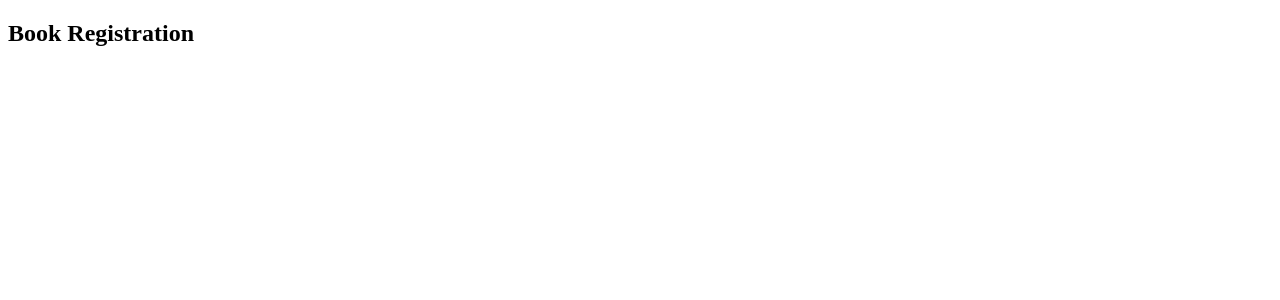
Repository: meriam0000/servlet
Page: BookWebApp/src/main/webapp/Home.html
An editor plug-in stored every save of this project. The page is shown before and after the next save, followed by the edit.
The browser window is 1280 px wide. The pictures show the whole page.

Above is the page before, as saved 2024-02-12 20:16:02.

### BookWebApp/src/main/webapp/Home.html
<!DOCTYPE html>
<html>
<head>
<meta charset="UTF-8">
<title>Insert title here</title>
</head>
<body>
<h2>Book Registration</h2>
<!--  <form action="register" method="post">
<table>
<tr>
<td>
Book Name

</td>
<td>
<input type="text" name="bookName">
</td>
</tr>
<tr>
<td>
Book Edition
</td>
<td>
<input type="text" name="bookEdition">
</td>
</tr>

<tr>
<td>
Book Price
</td>
<td>
<input type="text" name="bookPrice">
</td>
</tr>

</table>


</form>-->
</body>
</html>

After the next save:
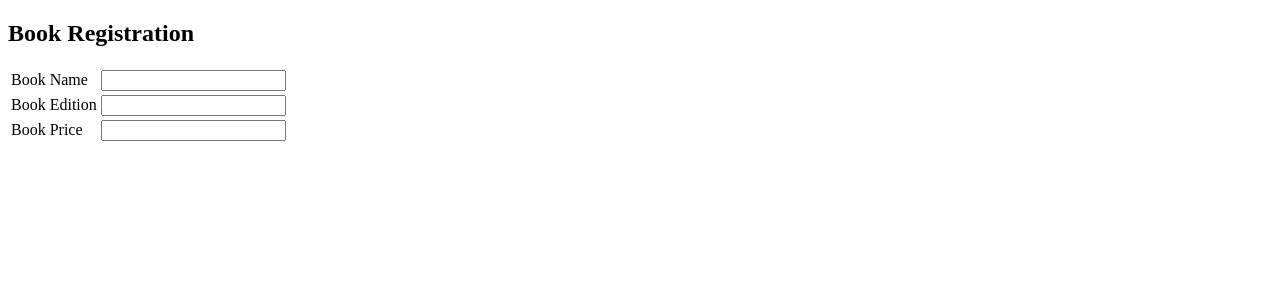
Saved 15 s later.
--- a/BookWebApp/src/main/webapp/Home.html
+++ b/BookWebApp/src/main/webapp/Home.html
@@ -6,7 +6,7 @@
 </head>
 <body>
 <h2>Book Registration</h2>
-<!--  <form action="register" method="post">
+<form action="register" method="post">
 <table>
 <tr>
 <td>
@@ -38,6 +38,6 @@
 </table>
 
 
-</form>-->
+</form>
 </body>
 </html>
